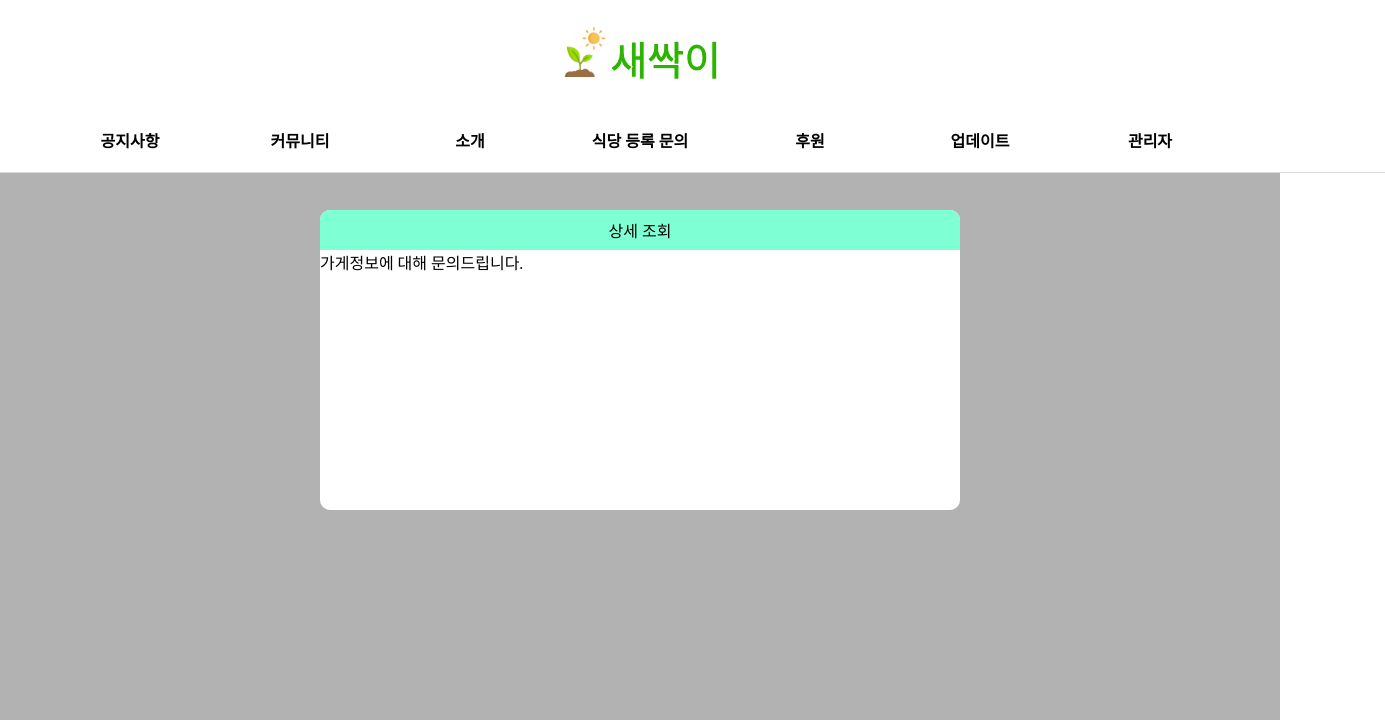
Repository: Seedye/Seedye
Page: team/src/main/webapp/html/board/board-view.html
The author's editor kept a copy of each file at every save. The page is drawn from the files as they stood at one save, then again after the next save.
The browser window is 1280 px wide. The page is 1385 px wide, so the pictures cover 1385 px, including what lies to the right of the window. The pictures show the whole page.
Some web fonts or font styles are not loaded; a fallback is used. Some web libraries are served in a nearby version.

Above is the page before, as saved 2022-12-15 10:58:42.

### team/src/main/webapp/html/board/board-view.html
<!DOCTYPE html>
<html lang="en">
<head>
  <meta charset="UTF-8">
  <meta http-equiv="X-UA-Compatible" content="IE=edge">
  <meta name="viewport" content="width=device-width, initial-scale=1.0">
  <link rel="stylesheet" href="../../resources/css/header.css">
  <link rel="stylesheet" href="../../resources/css/board/board-view-style.css">
  <title>게시물 상세보기모달</title>

  <script src="https://kit.fontawesome.com/95f413b465.js" crossorigin="anonymous"></script>

</head>
<body>
  <header>
    <!-- 헤더 -->
    <section id="header-container">
        <!-- 로고 -->
        <section id="header-section">
            <a href="#"><img id="logo" src="../../resources/images/새싹이.png"></a>
            <a href="#" id="logo-content">새싹이</a>
        </section>
        <!-- 메뉴창 -->
        <nav id="nav-bar">
            <ul>
                <li><a href="#"></a>공지사항</li>
                <li><a href="#"></a>커뮤니티</li>
                <li><a href="#"></a>소개</li>
                <li><a href="#"></a>식당 등록 문의</li>
                <li><a href="#"></a>후원</li>
                <li><a href="#"></a>업데이트</li>
                <li><a href="#"></a>관리자</li>
            </ul>
        </nav>
    </section>
</header>
  <div class="board-view-modal">
    <div class="board-view-area">
      <!-- /* 상세보기 */ -->
      <div class="board-view-title">
        <p>상세 조회</p>
      </div>
      <!-- /* 상세보기 내용 */ -->
      <div class="board-view-content">
        <div class="board-view-content-title">
          <p>가게정보에 대해 문의드립니다.</p>
        </div>
        <div class="board-view-content-detail">

        </div>
      </div>
      <div class="board-view-conment">

      </div>
    </div>
  </div>
</body>
</html>

### team/src/main/webapp/resources/css/header.css

@font-face {
    font-family: 'yg-jalnan';
    src: url('https://cdn.jsdelivr.net/gh/projectnoonnu/noonfonts_four@1.2/JalnanOTF00.woff') format('woff');
    font-weight: normal;
    font-style: normal;
}


@font-face {
    font-family: 'NIXGONM-Vb';
    src: url('https://cdn.jsdelivr.net/gh/projectnoonnu/noonfonts_six@1.2/NIXGONM-Vb.woff') format('woff');
    font-weight: normal;
    font-style: normal;
}

*{
    box-sizing: border-box;
    margin: 0;
    padding: 0;
}

header{
    position: sticky;
    top: 0;
    background-color: white;
    z-index: 1000;
}

body{
    display: flex;
    justify-content: center;
    align-items: center;
    flex-direction: column;
}

#header-section{
    width: 100%;
    display: flex;
    justify-content: center;
    align-items: center;
    margin-top: 20px;
}

#logo{
    width: 50px;
    height: 50px;
}

#logo-content{
    color: #2db400;
    -webkit-text-stroke: 1px white;
    text-decoration: none;
    font-weight: bold;
    font-family: yg-jalnan;
    font-size: 40px;
    padding-top: 10px;
}

#nav-bar{
    display: flex;
    justify-content: center;
    margin: 20px 0px  0px  0px;
}

#nav-bar > ul {
    /* width: 100vw; */
    display: flex;
    justify-content: space-between;
    font-weight: bold;
    border-bottom: 1px solid #ddd;
    padding: 0px 150px;
}

#nav-bar > ul > li{
    font-family: NIXGONM-Vb;
    float: left;
    display: flex;
    justify-content: center;
    padding: 20px 35px;
    border-radius: 6px;
    cursor: pointer;
    width: 170px;
    height: auto;
}

#nav-bar > ul > li:hover{
    background-color: rgba(45, 180, 0, 0.6);
    color: white;
    transition-duration: 0.3s;
}

footer {
    width: 1200px;
    height: 134px;
    color: gray;
    font-size: var(--small-font-size);
    padding: 20px 0;

    display: flex;
    flex-direction: column;
    justify-content: space-around;
    align-items: center;

    /* position: absolute; */
    bottom: 0;

    border-top: 1px solid #ddd;
  }

  footer a {
    color: gray;
  }

### team/src/main/webapp/resources/css/board/board-view-style.css
*{
  font-family: "NIXGONM-Vb";
}
.board-view-modal{
  top: 0; left: 0;
  position: absolute;
  width: 100vw;
  height: 100vh;
  background-color: rgba(0, 0, 0, 0.3);

  /* display: none; */
  display: flex;
  align-items: center;
  justify-content: center;
}
/* 상세보기 흰영역 */
.board-view-area{
  width: 50vw;
  min-width: 400px;
  height: auto;
  min-height: 300px;
  background-color: white;
  border-radius: 10px;
  overflow: auto;
}
/* 상세보기 제목 */
.board-view-title{
  width: 100%;
  height: 40px;
  background-color: aquamarine;
  display: flex;
  align-items: center;
  justify-content: center;

}
.board-view-title > p{
  color: black;
}
/* 상세보기 내용 */
.board-view-content{

}

After the next save:
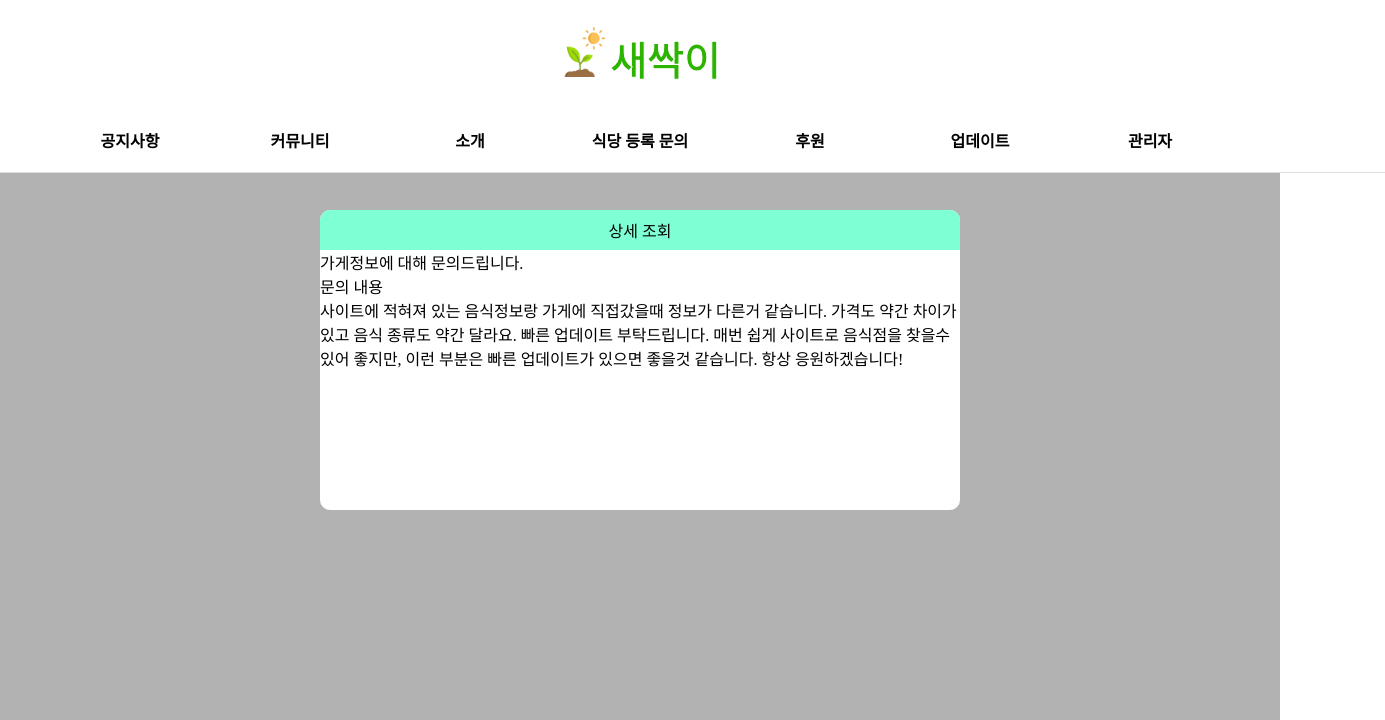
Saved 4 min 14 s later.
--- a/team/src/main/webapp/html/board/board-view.html
+++ b/team/src/main/webapp/html/board/board-view.html
@@ -46,7 +46,13 @@
           <p>가게정보에 대해 문의드립니다.</p>
         </div>
         <div class="board-view-content-detail">
-
+          <p>문의 내용</p>
+          <p>
+            사이트에 적혀져 있는 음식정보랑 가게에 직접갔을때 정보가 다른거 같습니다.
+            가격도 약간 차이가 있고 음식 종류도 약간 달라요. 빠른 업데이트 부탁드립니다.
+            매번 쉽게 사이트로 음식점을 찾을수 있어 좋지만,
+            이런 부분은 빠른 업데이트가 있으면 좋을것 같습니다. 항상 응원하겠습니다!
+          </p>
         </div>
       </div>
       <div class="board-view-conment">
